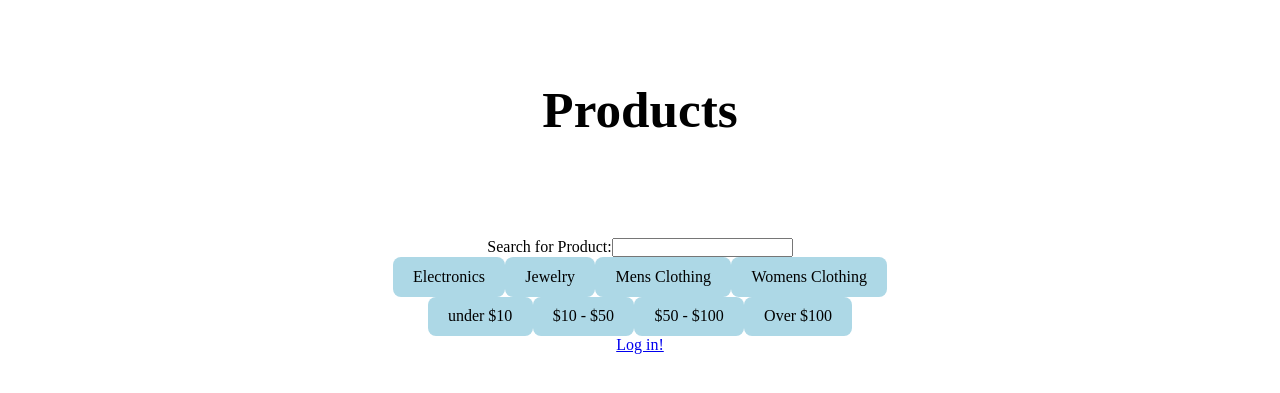
Repository: Andres513/CapStone
Page: /
The author's editor kept a copy of each file at every save. The page is drawn from the files as they stood at one save, then again after the next save.
The browser window is 1280 px wide. The pictures show the whole page.
The page's requests for data from a server got no answer. The project was rebuilt for these pictures with package versions that can differ from the ones it lists, and the page was loaded fresh each time. No one was signed in, and anything a server would have sent is missing. Also part of the build but not shown: vite.config.js, src/components/Login.jsx, src/components/SingleProduct.jsx.

Above is the page before, as saved 2024-04-03 13:46:16.

After the next save:
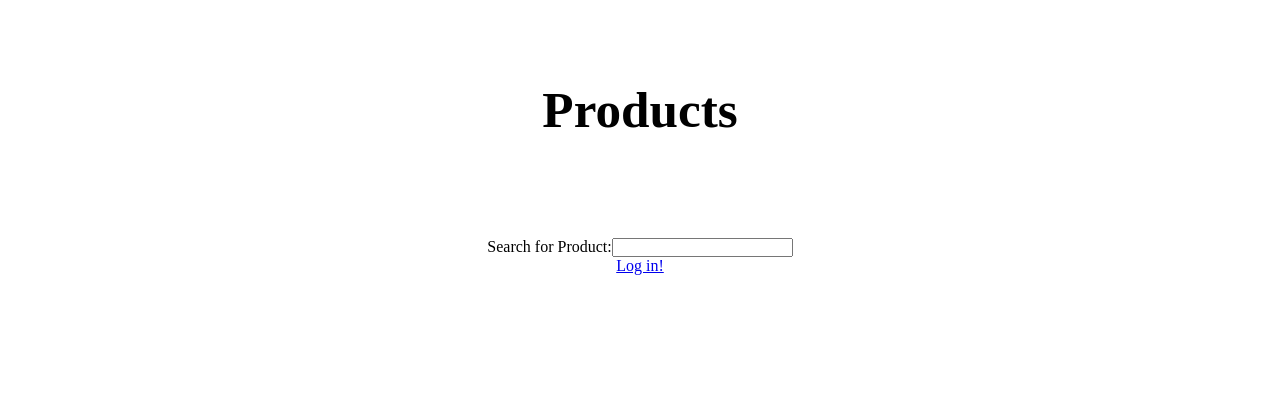
Saved 20 s later.
--- a/src/components/Filter.jsx
+++ b/src/components/Filter.jsx
@@ -1,22 +1,11 @@
 import { useEffect, useState } from "react"
 
-export default function Filter({handleCategoryFilter, handlePriceFilter}){
+export default function Filter(){
 
-    const categories = ['Electronics', 'Jewelry', 'Mens Clothing', 'Womens Clothing']
-    const priceRange = [ 'under $10', '$10 - $50', '$50 - $100', 'Over $100' ]
 
     return (
         <div>
-            <div>
-            {categories.map((category, index) => (
-                <button key={index} onClick={() => handleCategoryFilter(category)} className="dot">{category}</button>
-            ))}
-            </div>
-                <div>
-                    {priceRange.map((price, index) => (
-                        <button key={index} onClick={() => handlePriceFilter(price)} className="dot">{price}</button>
-                    ))}
-                </div>
+
         </div>
     )
 }
